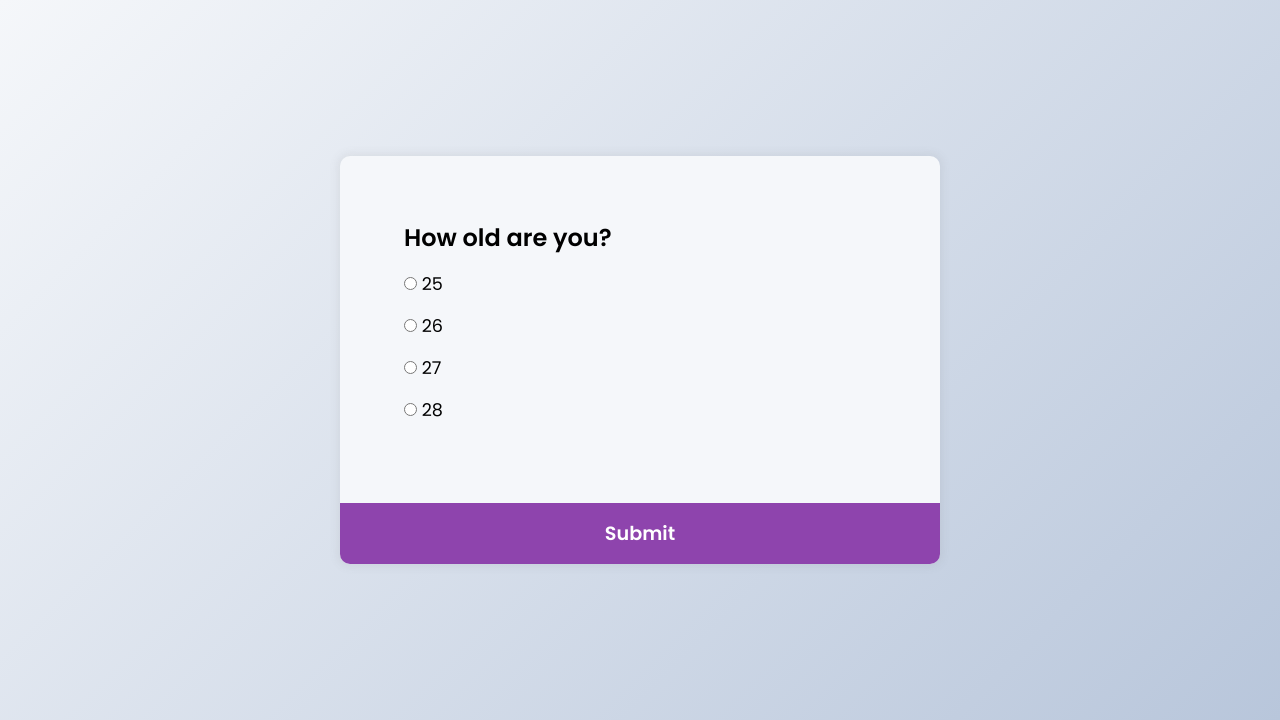
Repository: sevilgenysf/javascript-two
Page: index.html
An editor plug-in stored every save of this project. The page is shown before and after the next save, followed by the edit.
The browser window is 1280 px wide. The pictures show the whole page.

Above is the page before, as saved 2022-02-27 16:01:08.

### index.html
<!DOCTYPE html>
<html lang="en">

<head>
	<meta charset="UTF-8">
	<meta http-equiv="X-UA-Compatible" content="IE=edge">
	<meta name="viewport" content="width=device-width, initial-scale=1.0">
	<link rel="stylesheet" href="./style.css">
	<script src="./index.js" defer></script>
	<title>javascript Day two</title>
</head>

<body>
	<div>
		<div class="quiz-container">
			<div class="quiz-header">
				<h2 id="question">Question text</h2>
				<ul>
					<li>
						<input type="radio" id="a" name="answer">
						<label id="a_text" for="a">Question</label>
					</li>
				</ul>
				<ul>
					<li>
						<input type="radio" id="b" name="answer">
						<label id="b_text" for="b">Question</label>
					</li>
				</ul>
				<ul>
					<li>
						<input type="radio" id="c" name="answer">
						<label id="c_text" for="c">Question</label>
					</li>
				</ul>
				<ul>
					<li>
						<input type="radio" id="d" name="answer">
						<label id="d_text" for="d">Question</label>
					</li>
				</ul>
			</div>
			<button id="submit">Submit</button>
		</div>
	</div>
</body>

</html>

### style.css
@import url('https://fonts.googleapis.com/css2?family=Poppins:wght@400;600&family=Roboto:ital,wght@0,300;0,400;0,700;1,500&display=swap');

* {
	margin: 0;
	padding: 0;
	box-sizing: border-box;
}

body {
	display: flex;
	justify-content: center;
	align-items: center;
	background-color: #b8c6db;
	background-image: linear-gradient(315deg, #b8c6db 0%, #f5f7fa 100%);
	font-family: 'Poppins', sans-serif;
	min-height: 100vh;
}

.quiz-container {
	background-color: #f5f7fa;
	width: 600px;
	border-radius: 10px;
	box-shadow: 0 0 10px 2px rgba(100, 100, 100, 0.1);
	max-width: 100%;
	overflow: hidden;
}

.quiz-header {
	padding: 4rem;
}

ul {
	list-style: none;
	padding: 0;
}

ul li {
	font-size: 1.1rem;
	margin: 1rem 0;
}

h2 {
	margin: 0;
}

button {
	background-color: #8e44ad;
	width: 100%;
	padding: 1rem;
	color: #fff;
	font-family: inherit;
	border: none;
	cursor: pointer;
	font-size: 1.2rem;
	font-weight: 600;
	transition: all 0.2s ease-in-out;
}

button:hover {
	background-color: #732d91;
}

### index.js
const quizData = [
	{
		question: 'How old are you?',
		a: '25',
		b: '26',
		c: '27',
		d: '28',
		currect: 'c'
	},
	{
		question: 'What is the most used best programing language in 2019?',
		a: 'Java',
		b: 'C',
		c: 'Python',
		d: 'JavaScript',
		currect: 'a'
	},
	{
		question: 'who is he President of USA?',
		a: 'Trump',
		b: 'Obama',
		c: 'Bush',
		d: 'Clinton',
		currect: 'b'
	},
	{
		question: 'What does HTML stand for?',
		a: 'Hyper Text Markup Language',
		b: 'Cascading style sheet',
		c: 'Jason Object Notation',
		d: 'Aplication Type Markup Language',
		currect: 'a'
	},
	{
		question: 'What year was javaScript launched?',
		a: '1995',
		b: '1996',
		c: '1997',
		d: 'none of the above',
		currect: 'd'
	}
];

const questionEl = document.getElementById('question');
const a_text = document.getElementById('a_text');
const b_text = document.getElementById('b_text');
const c_text = document.getElementById('c_text');
const d_text = document.getElementById('d_text');
const submitBtn = document.getElementById('submit');

let currentQuiz = 0;

loadQuiz();

function loadQuiz() {
	const currentQuizData = quizData[currentQuiz];
	console.log(currentQuiz);

	questionEl.innerText = currentQuizData.question;
	a_text.innerText = currentQuizData.a;
	b_text.innerText = currentQuizData.b;
	c_text.innerText = currentQuizData.c;
	d_text.innerText = currentQuizData.d;
}

submitBtn.addEventListener('click', () => {
	currentQuiz++;
	loadQuiz();
});

After the next save:
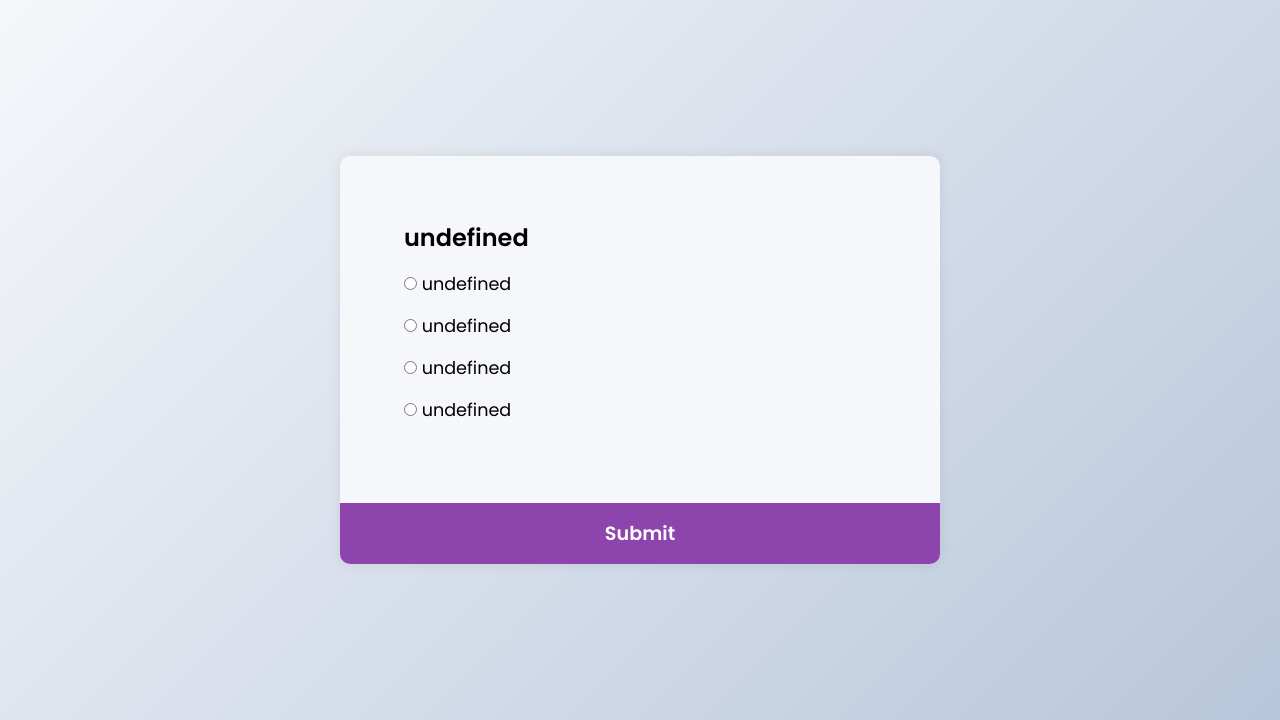
Saved 38 s later.
--- a/index.js
+++ b/index.js
@@ -48,13 +48,10 @@ const c_text = document.getElementById('c_text');
 const d_text = document.getElementById('d_text');
 const submitBtn = document.getElementById('submit');
 
-let currentQuiz = 0;
-
 loadQuiz();
 
 function loadQuiz() {
-	const currentQuizData = quizData[currentQuiz];
-	console.log(currentQuiz);
+	const currentQuizData = quizData;
 
 	questionEl.innerText = currentQuizData.question;
 	a_text.innerText = currentQuizData.a;
